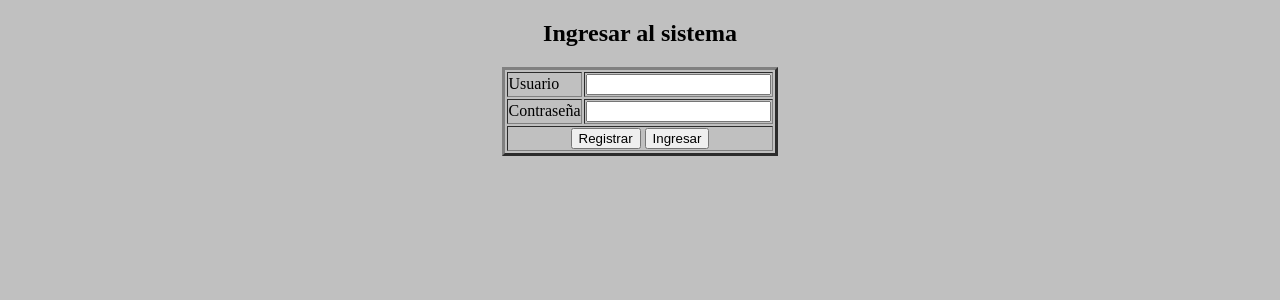
Repository: NayshaOCruz98/CL2ORTIZ
Page: http://localhost/LPII_CL2_ORTIZCRUZNAYSHA/
These files come from the project's save history. The page is drawn as it stood at one moment and after the next save; the edit follows.
The browser window is 1280 px wide. The pictures show the whole page.
The page is served by Tomcat 9. Other server files are loaded and not shown.

Above is the page before, as saved 2023-10-24 23:15:46.

### LPII_CL2_ORTIZCRUZNAYSHA/src/main/webapp/index.jsp
<%@ page language="java" contentType="text/html; charset=ISO-8859-1"
    pageEncoding="ISO-8859-1"%>

<!DOCTYPE html>
<html>
<head>
<meta http-equiv="Content-Type" content="text/html; charset=ISO-8859-1">
<title>Ventana Usuario</title>
</head>
<body bgcolor="#C0C0C0">
<h2 align="center">Ingresar al sistema</h2>

<form action="ControladorServlet" method="post">

<table align="center" border="3">
<tr>
<td>Usuario</td>
<td><input type="text" name="usuario"></td>
</tr>
<tr>
<td>Contraseña</td>
<td><input type="password" name="password"></td>
</tr>
<tr>
<td colspan="2" align="center">
<input type="submit" value="Registrar" name="Registrar usuario">
<input type="submit" value="Ingresar"></td>
</td>
</tr>

</table>
</form>

</form>
</body>
</html>

After the next save:
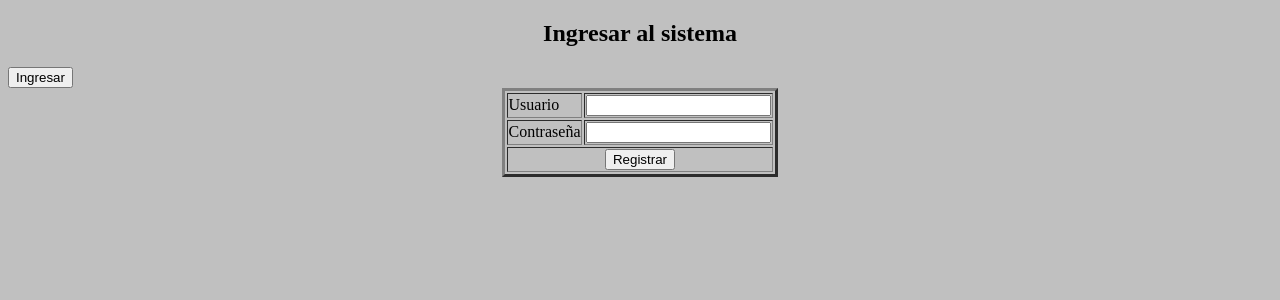
Saved 77 s later.
--- a/LPII_CL2_ORTIZCRUZNAYSHA/src/main/webapp/index.jsp
+++ b/LPII_CL2_ORTIZCRUZNAYSHA/src/main/webapp/index.jsp
@@ -24,8 +24,8 @@
 <tr>
 <td colspan="2" align="center">
 <input type="submit" value="Registrar" name="Registrar usuario">
+</td>
 <input type="submit" value="Ingresar"></td>
-</td>
 </tr>
 
 </table>

After the save that followed:
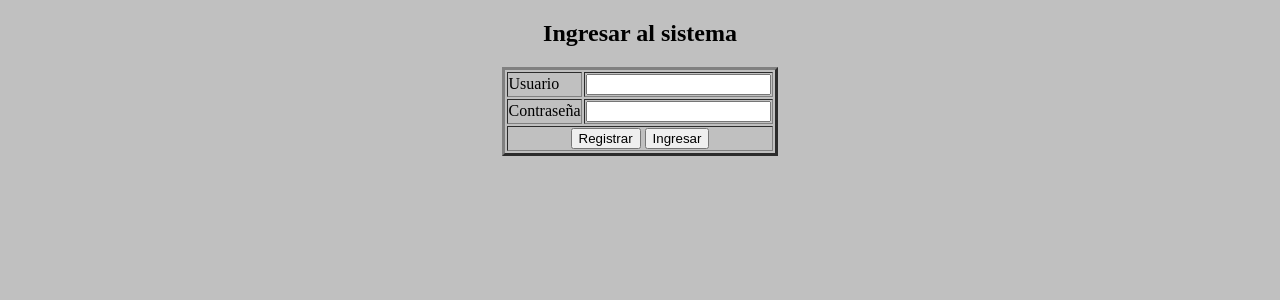
Saved 17 s later.
--- a/LPII_CL2_ORTIZCRUZNAYSHA/src/main/webapp/index.jsp
+++ b/LPII_CL2_ORTIZCRUZNAYSHA/src/main/webapp/index.jsp
@@ -24,8 +24,8 @@
 <tr>
 <td colspan="2" align="center">
 <input type="submit" value="Registrar" name="Registrar usuario">
+<input type="submit" value="Ingresar"></td>
 </td>
-<input type="submit" value="Ingresar"></td>
 </tr>
 
 </table>
